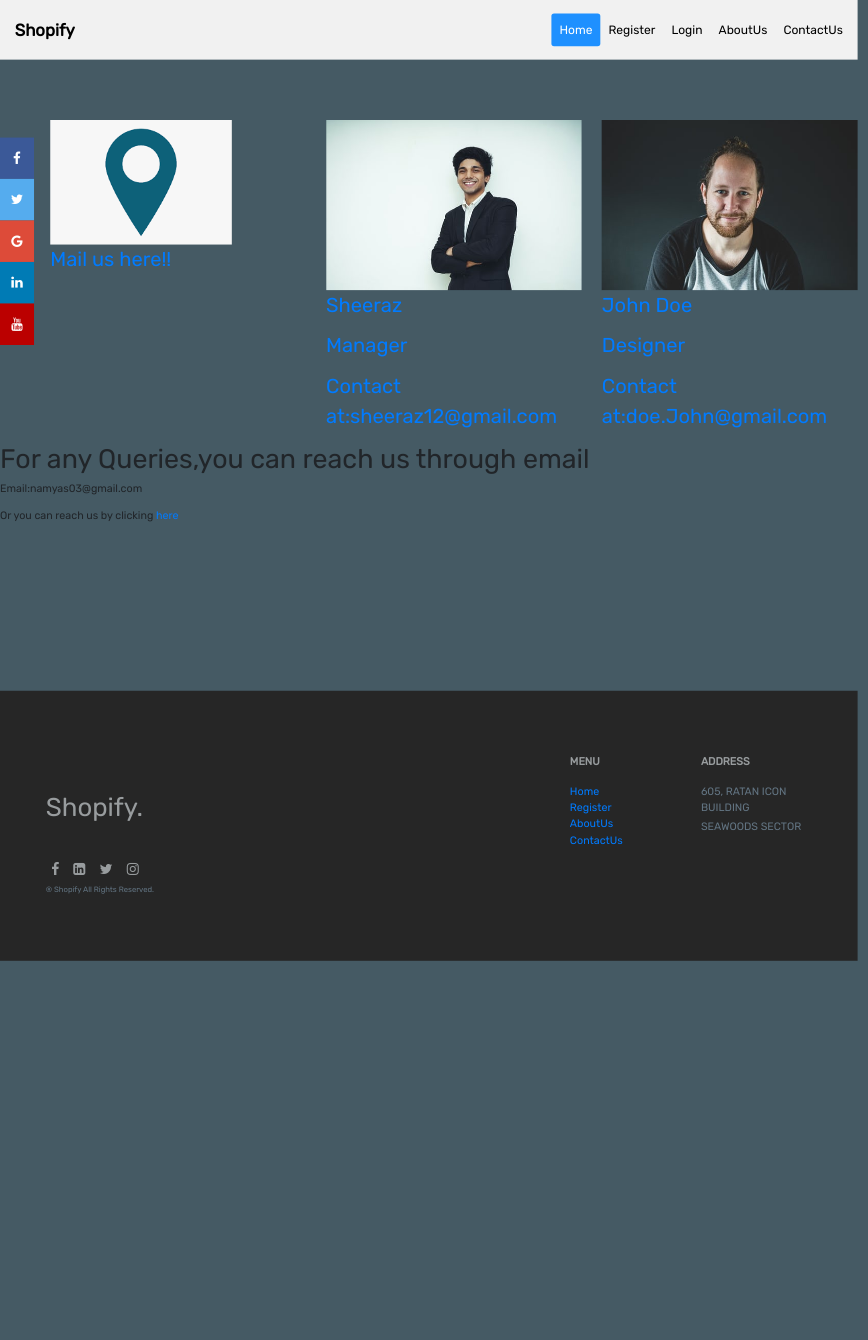
Repository: Yasmeen198/The_Project
Page: http://localhost/Shopify_Frontend/WEB-INF/views/contact.jsp
The author's editor kept a copy of each file at every save. The page is drawn from the files as they stood at one save, then again after the next save.
The browser window is 1280 px wide. The page is 1295 px wide, so the pictures cover 1295 px, including what lies to the right of the window. The pictures show the whole page, at 67% of full size.
Some web libraries are served in a nearby version. The page is served by Tomcat 9. Nobody is signed in. Other server files are loaded and not shown. The template is opened directly, without the code that normally fills it, so the values that code supplies are empty.

Above is the page before, as saved 2021-05-23 11:54:01.

### Shopify_Frontend/src/main/webapp/WEB-INF/views/contact.jsp
<%@include file="CommonHeader.jsp"%>
<!DOCTYPE html>
<html>
<meta name="viewport" content="width=device-width, initial-scale=1">
<link rel="stylesheet" href="https://cdnjs.cloudflare.com/ajax/libs/font-awesome/4.7.0/css/font-awesome.min.css">
<style>
body {margin:0;height:2000px;}

.icon-bar {
  position: fixed;
  top: 50%;
  -webkit-transform: translateY(-50%);
  -ms-transform: translateY(-50%);
  transform: translateY(-50%);
}

.icon-bar a {
  display: block;
  text-align: center;
  padding: 16px;
  transition: all 0.3s ease;
  color: white;
  font-size: 20px;
}

.icon-bar a:hover {
  background-color: #000;
}

.facebook {
  background: #3B5998;
  color: white;
}

.twitter {
  background: #55ACEE;
  color: white;
}

.google {
  background: #dd4b39;
  color: white;
}

.linkedin {
  background: #007bb5;
  color: white;
}

.youtube {
  background: #bb0000;
  color: white;
}

.content {
  margin-left: 75px;
  font-size: 30px;
}
</style>
<body>

<div class="icon-bar">
  <a href="#" class="facebook"><i class="fa fa-facebook"></i></a>
  <a href="#" class="twitter"><i class="fa fa-twitter"></i></a>
  <a href="#" class="google"><i class="fa fa-google"></i></a>
  <a href="#" class="linkedin"><i class="fa fa-linkedin"></i></a>
  <a href="#" class="youtube"><i class="fa fa-youtube"></i></a>
</div>

<div class="content">
<br>
<br>
  <div class="row">
    <div class="col-md-4">
      <div class="thumbnail">
          <a href="mailto:namyas03@gmail.com"><img alt="Mail" src="images/address.jpg"/>
          <div class="caption">
             <p>Mail us here!!</p>
          </div>
        </a>
      </div>
    </div>
    <div class="col-md-4">
      <div class="thumbnail">
        <a href="images/ceo2.jpg" target="_blank">
          <img src="images/ceo2.jpg" alt="Nature" style="width:100%">
          <div class="caption">
             <p>Sheeraz</p>
            <p>Manager</p>
            <p>Contact at:sheeraz12@gmail.com</p>
          </div>
        </a>
      </div>
    </div>
    <div class="col-md-4">
      <div class="thumbnail">
        <a href="images/ceo3.jpg" target="_blank">
          <img src="images/ceo3.jpg" alt="Fjords" style="width:100%">
          <div class="caption">
            <p>John Doe</p>
            <p>Designer</p>
            <p>Contact at:doe.John@gmail.com</p>
          </div>
        </a>
      </div>
    </div>
  </div>
</div>

<h1>For any Queries,you can reach us through email</h1>
<p>Email:namyas03@gmail.com</p>
<p>Or you can reach us by clicking <a href="mailto:namyas03@gmail.com">here</a></p>
</div>

</body>
</html>
<%@include file="footer.jsp"%>

### Shopify_Frontend/src/main/webapp/WEB-INF/views/CommonHeader.jsp
<!DOCTYPE html>
<html>
<head>
<meta name="viewport" content="width=device-width, initial-scale=1">
<link rel="stylesheet"
	href="https://maxcdn.bootstrapcdn.com/bootstrap/4.5.2/css/bootstrap.min.css">
<script
	src="https://ajax.googleapis.com/ajax/libs/jquery/3.5.1/jquery.min.js"></script>
<script
	type="https://cdnjs.cloudflare.com/ajax/libs/popper.js/1.16.0/umd/popper.min.js"></script>
<script
	src="https://maxcdn.bootstrapcdn.com/bootstrap/3.4.1/js/bootstrap.min.js"></script>
<style>
* {box-sizing: border-box;}

body {
  margin: 0;
  font-family: Arial, Helvetica, sans-serif;
}

.header {
  overflow: hidden;
  background-color: #f1f1f1;
  padding: 20px 10px;
}

.header a {
  float: left;
  color: black;
  text-align: center;
  padding: 12px;
  text-decoration: none;
  font-size: 18px;
  line-height: 25px;
  border-radius: 4px;
}

.header a.logo {
  font-size: 25px;
  font-weight: bold;
}

.header a:hover {
  background-color: #ddd;
  color: black;
}

.header a.active {
  background-color: dodgerblue;
  color: white;
}

.header-right {
  float: right;
}

@media screen and (max-width: 500px) {
  .header a {
    float: none;
    display: block;
    text-align: left;
  }

  .header-right {
    float: none;
  }
}
</style>
</head>
<body>

<div class="header">
  <a href="index" class="logo">Shopify</a>
  <div class="header-right">
    <a class="active" href="index">Home</a>
    <a href="register">Register</a>
    <a href="Login">Login</a>
    <a href="aboutUs">AboutUs</a>
    <a href="contact">ContactUs</a>
  </div>
</div>


</body>
</html>

### Shopify_Frontend/src/main/webapp/WEB-INF/views/footer.jsp
<!DOCTYPE html>
<html lang="en">
<head>
  <title>Bootstrap 4 Footer with Social icons</title>
  <meta charset="utf-8">
  <meta name="viewport" content="width=device-width, initial-scale=1">
  <link href='https://stackpath.bootstrapcdn.com/bootstrap/4.3.1/css/bootstrap.min.css'>
  <script src='https://stackpath.bootstrapcdn.com/bootstrap/4.3.1/js/bootstrap.bundle.min.js'></script>
  <link href='https://cdnjs.cloudflare.com/ajax/libs/font-awesome/4.7.0/css/font-awesome.min.css'>
  <script src='https://cdnjs.cloudflare.com/ajax/libs/jquery/3.2.1/jquery.min.js'></script>
   <style type="text/css">

 @import url('https://fonts.googleapis.com/css?family=Rubik&display=swap');

 body {
     background: linear-gradient(0deg, #fff, 50%, #DEEEFE);
     font-family: 'Rubik', sans-serif;
     background: #455A64;
     height: 100 !important
 }

 .container-fluid {
     overflow: hidden;
     margin-top: 250px;
     background: #262626;
     color: #627482 !important;
     margin-bottom: 0;
     padding-bottom: 0
 }

 small {
     font-size: calc(12px + (15 - 12) * ((100vw - 360px) / (1600 - 360))) !important
 }

 .bold-text {
     color: #989c9e !important
 }

 .mt-55 {
     margin-top: calc(50px + (60 - 50) * ((100vw - 360px) / (1600 - 360))) !important
 }

 h3 {
     font-size: calc(34px + (40 - 34) * ((100vw - 360px) / (1600 - 360))) !important
 }

 .social {
     font-size: 21px !important
 }

 .rights {
     font-size: calc(10px + (12 - 10) * ((100vw - 360px) / (1600 - 360))) !important
 }
   </style>
</head>
<body>
 <div class="container-fluid pb-0 mb-0 justify-content-center text-light ">
     <footer>
         <div class="row my-5 justify-content-center py-5">
             <div class="col-11">
                 <div class="row ">
                     <div class="col-xl-8 col-md-4 col-sm-4 col-12 my-auto mx-auto a">
                         <h3 class="text-muted mb-md-0 mb-5 bold-text">Shopify.</h3>
                     </div>
                     <div class="col-xl-2 col-md-4 col-sm-4 col-12">
                         <h6 class="mb-3 mb-lg-4 bold-text "><b>MENU</b></h6>
                         <ul class="list-unstyled">
                             <li><a class="active" href="index">Home</a></li>
                             <li><a href="register">Register</a></li>
                             <li><a href="aboutUs">AboutUs</a></li>
                             <li><a href="contact">ContactUs</a></li>
                         </ul>
                     </div>
                     <div class="col-xl-2 col-md-4 col-sm-4 col-12">
                         <h6 class="mb-3 mb-lg-4 text-muted bold-text mt-sm-0 mt-5"><b>ADDRESS</b></h6>
                         <p class="mb-1">605, RATAN ICON BUILDING</p>
                         <p>SEAWOODS SECTOR</p>
                     </div>
                 </div>
                 <div class="row ">
                     <div class="col-xl-8 col-md-4 col-sm-4 col-auto my-md-0 mt-5 order-sm-1 order-3 align-self-end">
                         <p class="social text-muted mb-0 pb-0 bold-text"> <span class="mx-2"><i class="fa fa-facebook" aria-hidden="true"></i></span> <span class="mx-2"><i class="fa fa-linkedin-square" aria-hidden="true"></i></span> <span class="mx-2"><i class="fa fa-twitter" aria-hidden="true"></i></span> <span class="mx-2"><i class="fa fa-instagram" aria-hidden="true"></i></span> </p><small class="rights"><span>&#174;</span> Shopify All Rights Reserved.</small>
                     </div>
                 </div>
             </div>
         </div>
     </footer>
 </div>
  </body>
</html>

After the next save:
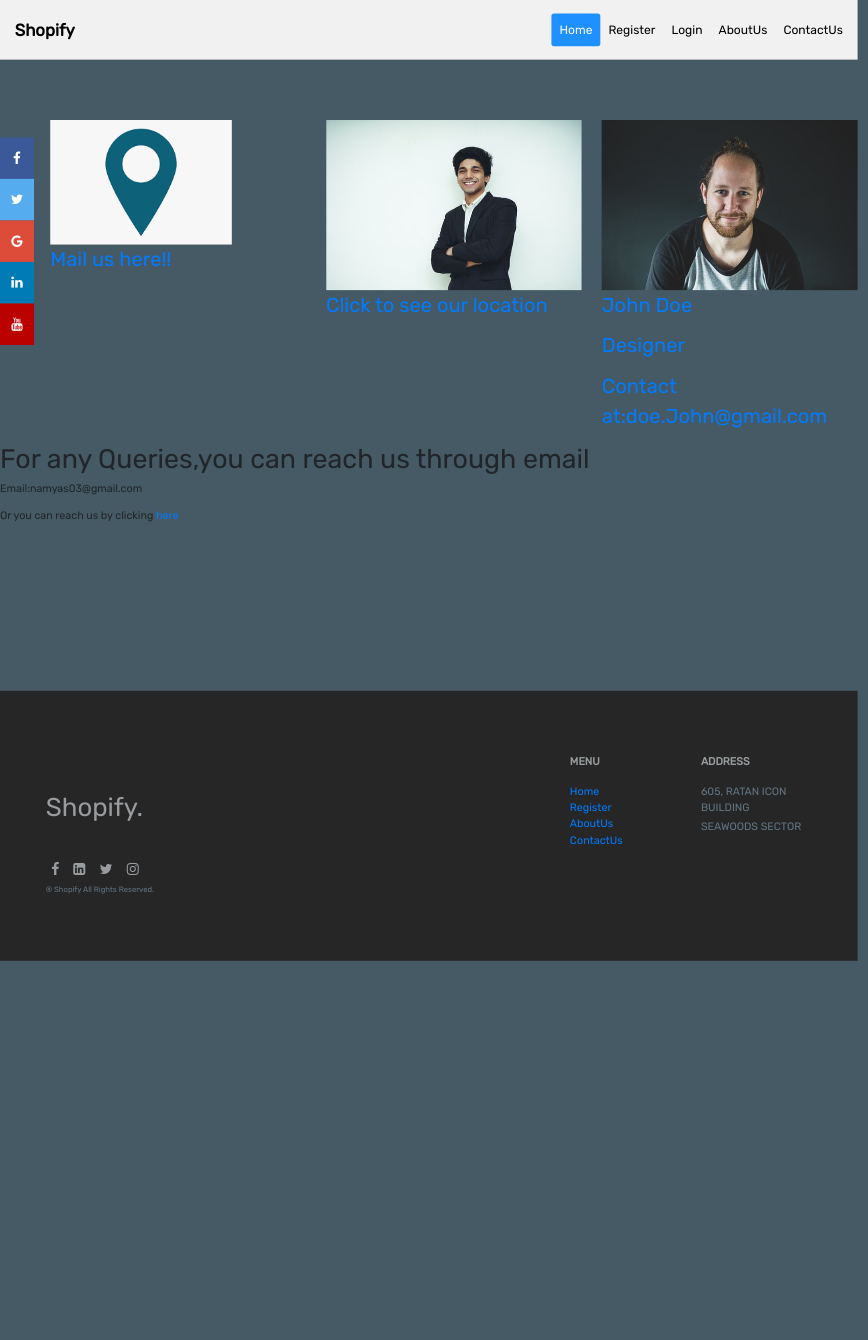
Saved 93 s later.
--- a/Shopify_Frontend/src/main/webapp/WEB-INF/views/contact.jsp
+++ b/Shopify_Frontend/src/main/webapp/WEB-INF/views/contact.jsp
@@ -85,9 +85,7 @@
         <a href="images/ceo2.jpg" target="_blank">
           <img src="images/ceo2.jpg" alt="Nature" style="width:100%">
           <div class="caption">
-             <p>Sheeraz</p>
-            <p>Manager</p>
-            <p>Contact at:sheeraz12@gmail.com</p>
+            <p>Click to see our location</p>
           </div>
         </a>
       </div>
